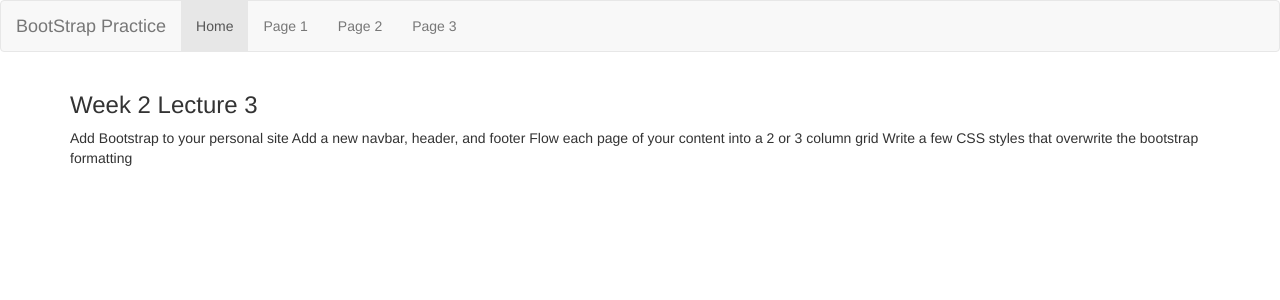
Repository: ayannasampson/bootstrappractice
Page: bs.html
These files come from the project's save history. The page is drawn as it stood at one moment and after the next save; the edit follows.
The browser window is 1280 px wide. The pictures show the whole page.

Above is the page before, as saved 2023-03-20 23:39:43.

### bs.html

    <html lang="en">
<head>
  <title>Bootstrap Practice</title>
  <meta charset="utf-8">
  <meta name="viewport" content="width=device-width, initial-scale=1">
  <link rel="stylesheet" href="https://maxcdn.bootstrapcdn.com/bootstrap/3.4.1/css/bootstrap.min.css">
  <script src="https://ajax.googleapis.com/ajax/libs/jquery/3.6.3/jquery.min.js"></script>
  <script src="https://maxcdn.bootstrapcdn.com/bootstrap/3.4.1/js/bootstrap.min.js"></script>
</head>
<body>

<nav class="navbar navbar-default">
  <div class="container-fluid">
    <div class="navbar-header">
      <a class="navbar-brand" href="#">BootStrap Practice</a>
    </div>
    <ul class="nav navbar-nav">
      <li class="active"><a href="#">Home</a></li>
      <li><a href="#">Page 1</a></li>
      <li><a href="#">Page 2</a></li>
      <li><a href="#">Page 3</a></li>
    </ul>
  </div>
</nav>

<div class="container">
  <h3>Week 2 Lecture 3</h3>
  <p> <ls>
    Add Bootstrap to your personal site</ls>
<ls>Add a new navbar, header, and footer</ls>
<ls></ls>Flow each page of your content into a 2 or 3 column grid</ls>
<ls>Write a few CSS styles that overwrite the bootstrap formatting</ls></p>
</div>

</body>
</html>


</html>

After the next save:
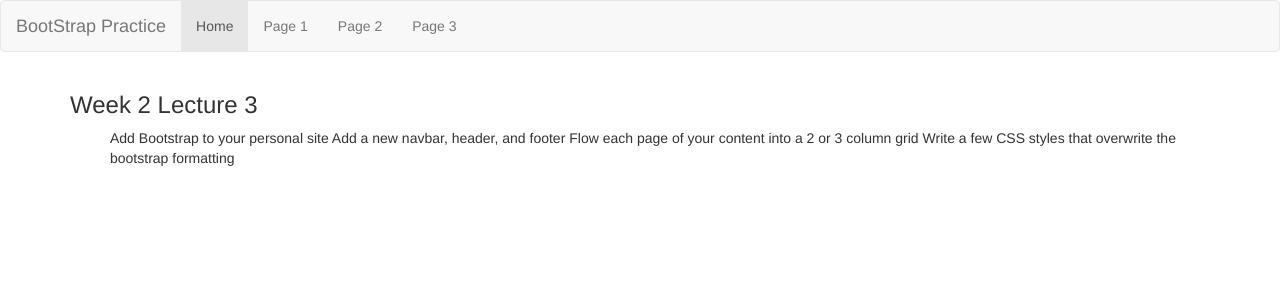
Saved 103 s later.
--- a/bs.html
+++ b/bs.html
@@ -26,11 +26,13 @@
 
 <div class="container">
   <h3>Week 2 Lecture 3</h3>
-  <p> <ls>
+  <p> <ul><ls>
     Add Bootstrap to your personal site</ls>
 <ls>Add a new navbar, header, and footer</ls>
-<ls></ls>Flow each page of your content into a 2 or 3 column grid</ls>
+<ls>Flow each page of your content into a 2 or 3 column grid</ls>
 <ls>Write a few CSS styles that overwrite the bootstrap formatting</ls></p>
+  </ul>
+
 </div>
 
 </body>
